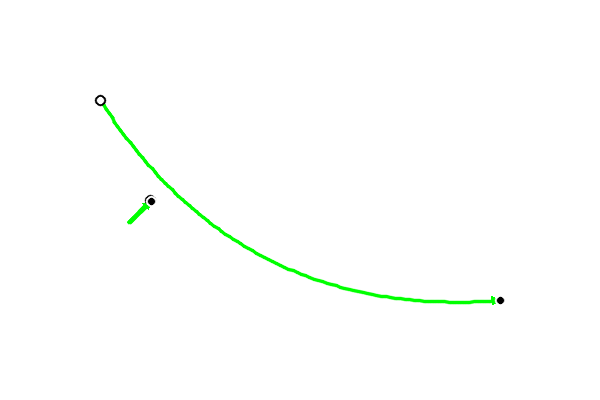
Repository: lilianna111/PiLoT_v2_rebuttal
Script's output: python Pilot_0528/preprocess/vis/vis_feicuiwan/test.py
These files come from the project's save history. The script's output is drawn as it stood at one moment and after the next save; the edit follows.
Random numbers start from a fixed seed.

Above is the script's output before, as saved 2025-07-31 12:38:23.

After the next save:
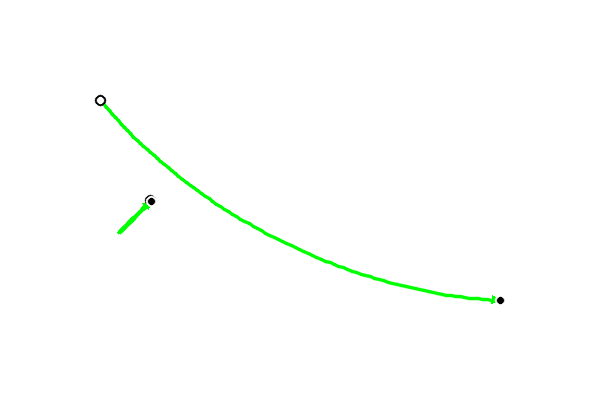
Saved 48 s later.
--- a/Pilot_0528/preprocess/vis/vis_feicuiwan/test.py
+++ b/Pilot_0528/preprocess/vis/vis_feicuiwan/test.py
@@ -2,42 +2,49 @@ import cv2
 import numpy as np
 
 def draw_curved_arrow(img, pt1, pt2, color=(0, 255, 0), thickness=2,
-                      arrow_size=8, curve_height=60):
+                      arrow_size=8, curve_offset=60):
     """
-    绘制从 pt1 到 pt2 的大弧度柔和箭头。
-    - curve_height: 控制“弧线往外鼓出多少像素”（越大越张开）
+    使用三次贝塞尔曲线画柔和大弧度箭头
+    - curve_offset: 控制两侧控制点向外弯曲的距离（越大越柔和）
     """
     pt1 = np.array(pt1, dtype=np.float32)
     pt2 = np.array(pt2, dtype=np.float32)
-    chord = pt2 - pt1
-    length = np.linalg.norm(chord)
+    direction = pt2 - pt1
+    length = np.linalg.norm(direction)
     if length < 1e-6:
         return
 
-    dir_unit = chord / length
+    dir_unit = direction / length
     ortho = np.array([-dir_unit[1], dir_unit[0]])
 
-    # 控制点在中点处向正交方向突出一定距离（控制弧度）
-    midpoint = (pt1 + pt2) / 2
-    height = curve_height if length < 80 else length * 0.3
-    ctrl = midpoint + ortho * height
+    # 控制点1：pt1 附近，向外偏移
+    ctrl1 = pt1 + dir_unit * (0.3 * length) + ortho * curve_offset
 
-    # 二次贝塞尔插值
+    # 控制点2：pt2 附近，向外偏移（同向）
+    ctrl2 = pt2 - dir_unit * (0.3 * length) + ortho * curve_offset
+
+    # 三次贝塞尔插值
     curve = []
     for t in np.linspace(0, 1, 100):
-        p = (1 - t) ** 2 * pt1 + 2 * (1 - t) * t * ctrl + t ** 2 * pt2
+        p = (
+            (1 - t)**3 * pt1 +
+            3 * (1 - t)**2 * t * ctrl1 +
+            3 * (1 - t) * t**2 * ctrl2 +
+            t**3 * pt2
+        )
         curve.append(tuple(np.round(p).astype(int)))
 
-    # 绘制主曲线
+    # 绘制曲线
     for i in range(len(curve) - 1):
         cv2.line(img, curve[i], curve[i + 1], color, thickness, cv2.LINE_AA)
 
-    # 箭头
+    # 箭头部分
     p_tip = np.array(curve[-1], dtype=np.float32)
     p_base = np.array(curve[-5], dtype=np.float32)
     dir_vec = p_tip - p_base
     dir_vec /= (np.linalg.norm(dir_vec) + 1e-6)
     ortho = np.array([-dir_vec[1], dir_vec[0]])
+
     left = p_tip - dir_vec * arrow_size + ortho * arrow_size * 0.5
     right = p_tip - dir_vec * arrow_size - ortho * arrow_size * 0.5
     triangle = np.array([p_tip, left, right], dtype=np.int32)
@@ -51,6 +58,7 @@ def draw_curved_arrow(img, pt1, pt2, color=(0, 255, 0), thickness=2,
     cv2.circle(img, pt2i, 5, (255, 255, 255), -1, cv2.LINE_AA)
     cv2.circle(img, pt2i, 3, (0, 0, 0), -1, cv2.LINE_AA)
 
+
 img = np.ones((400, 600, 3), dtype=np.uint8) * 255
 draw_curved_arrow(img, (150, 200), (151, 201))  # 距离很近
 draw_curved_arrow(img, (100, 100), (500, 300))  # 距离较远
